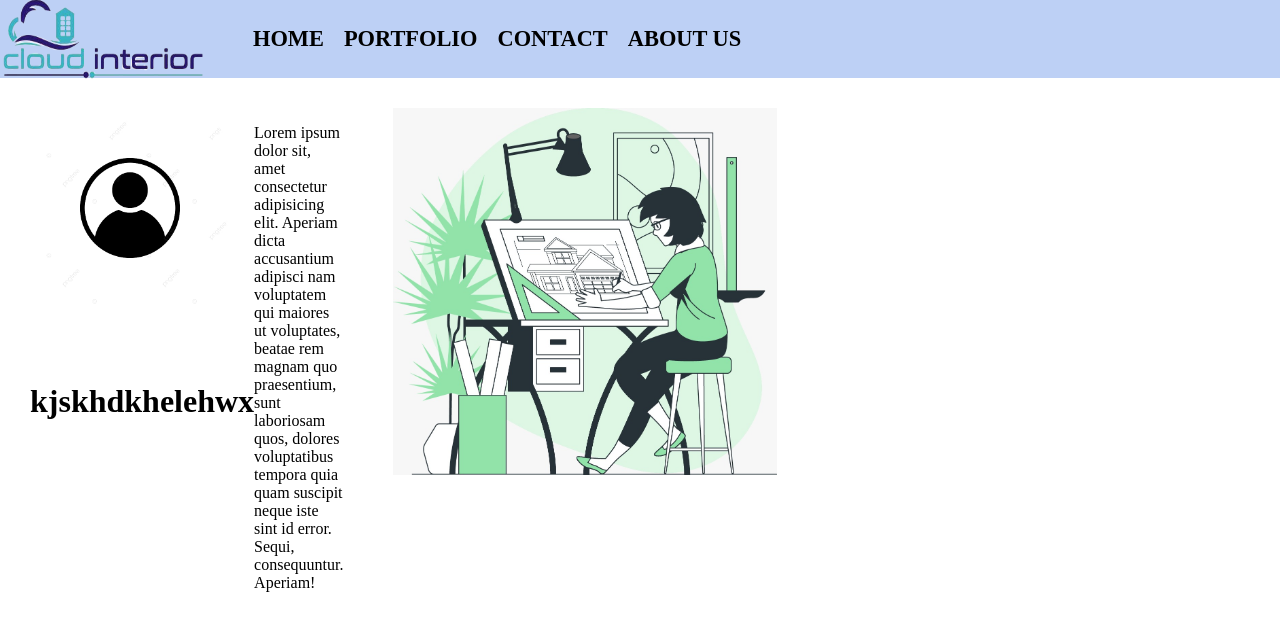
Repository: Ganavid/ganavidgowda.github.io
Page: cloud interior/about.html
These files come from the project's save history. The page is drawn as it stood at one moment and after a run of saves; the edit follows.
The browser window is 1280 px wide. The pictures show the whole page.

Above is the page before, as saved 2023-03-04 12:53:07.

After the next 9 saves:
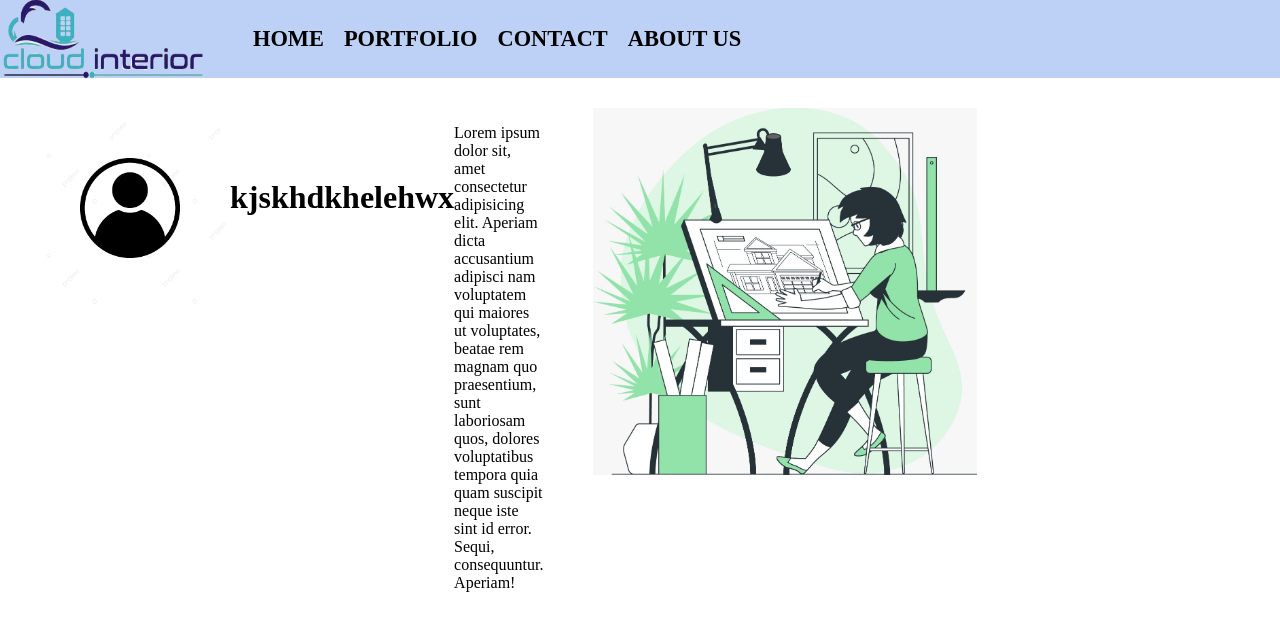
The 9 saves are shown as one change because they came seconds apart.
The last was saved 31 s later.
--- a/cloud interior/about.css
+++ b/cloud interior/about.css
@@ -92,6 +92,11 @@
     margin-top: 0%;
 }
 
+#namge{
+    display: flex;
+
+}
+
 #imgl{
     width: 30vw;
     /* height: 30vh; */

After the 2 saves that followed:
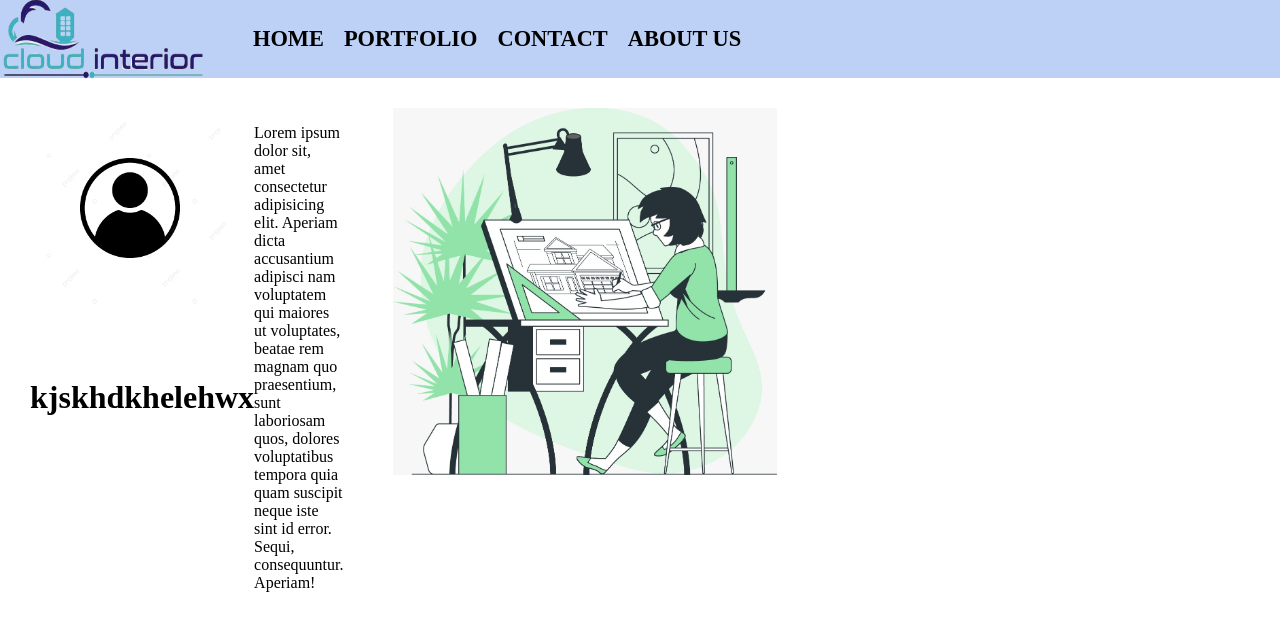
The 2 saves are shown as one change because they came seconds apart.
The last was saved 7 s later.
--- a/cloud interior/about.css
+++ b/cloud interior/about.css
@@ -94,7 +94,7 @@
 
 #namge{
     display: flex;
-
+    flex-direction: column;
 }
 
 #imgl{
